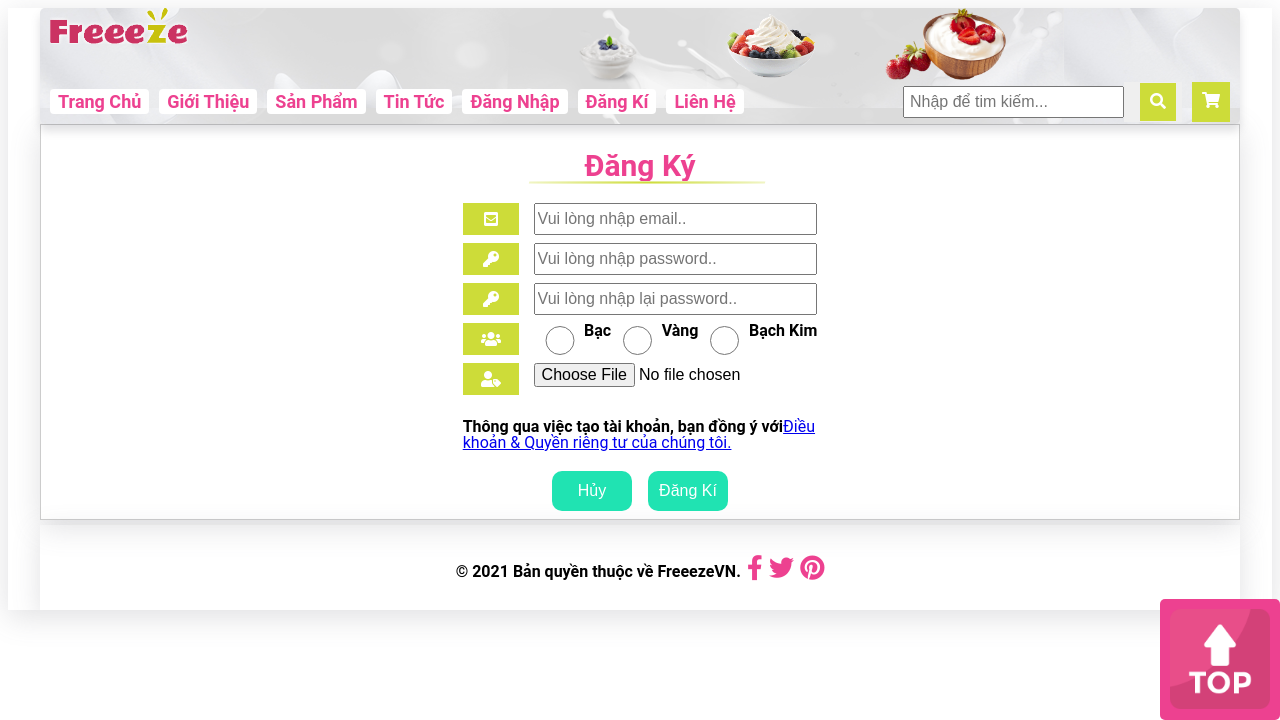
Repository: minh352623/lab1
Page: dangky.html
These files come from the project's save history. The page is drawn as it stood at one moment and after the next save; the edit follows.
The browser window is 1280 px wide. The pictures show the whole page.

Above is the page before, as saved 2022-03-13 20:50:15.

After the next save:
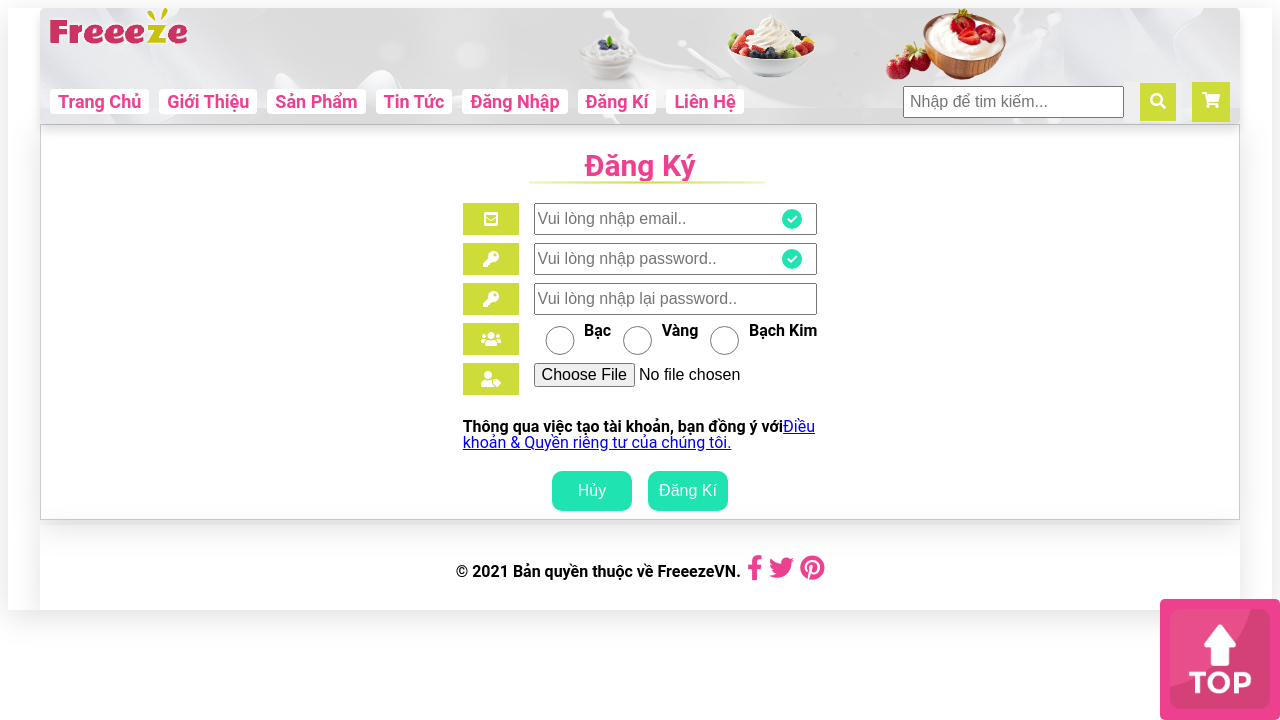
Saved 10 s later.
--- a/assets/dangky.css
+++ b/assets/dangky.css
@@ -120,3 +120,10 @@ p{
     transition: all 0.2s ease;
     position: absolute;
   }
+  .fa-check {
+    background-color: #20e3b2;
+  }
+  .fa-times {
+    background-color: #fc5776;
+
+  }
